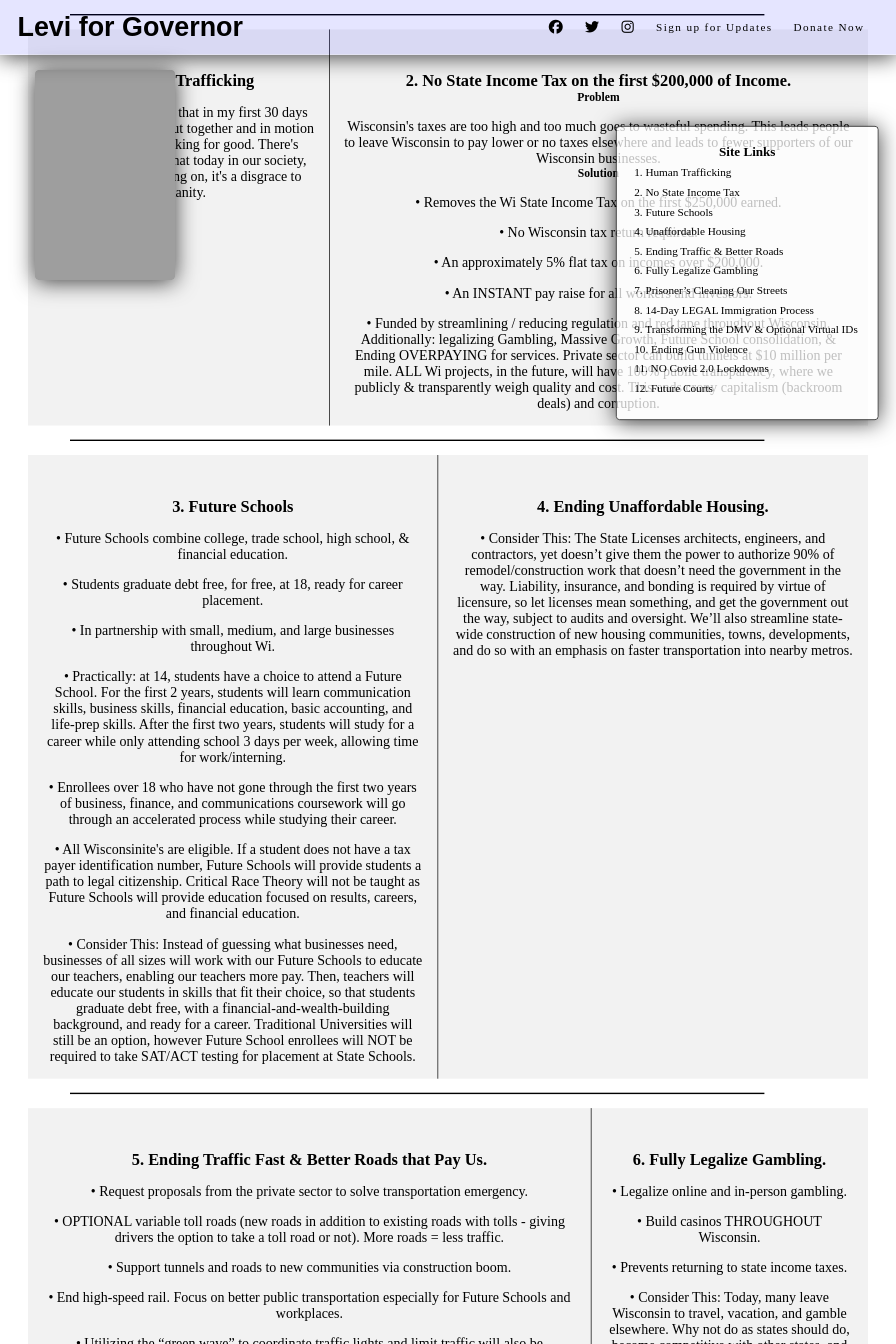
Repository: LeviCB/LeviCB.github.io
Page: index.html
The author's editor kept a record of every edit. The page is drawn from the files as they stood at one moment, then again after the next edit.
The browser window is 1280 px wide. The pictures show the part of the page from y = 0 to 1920 px (the page is 3981 px tall), at 70% of full size.
Pictures or frames that could not be fetched are drawn as grey boxes. Some web fonts or font styles are not loaded; a fallback is used. Some web libraries are served in a nearby version.

Above is the page before.

After the next edit:
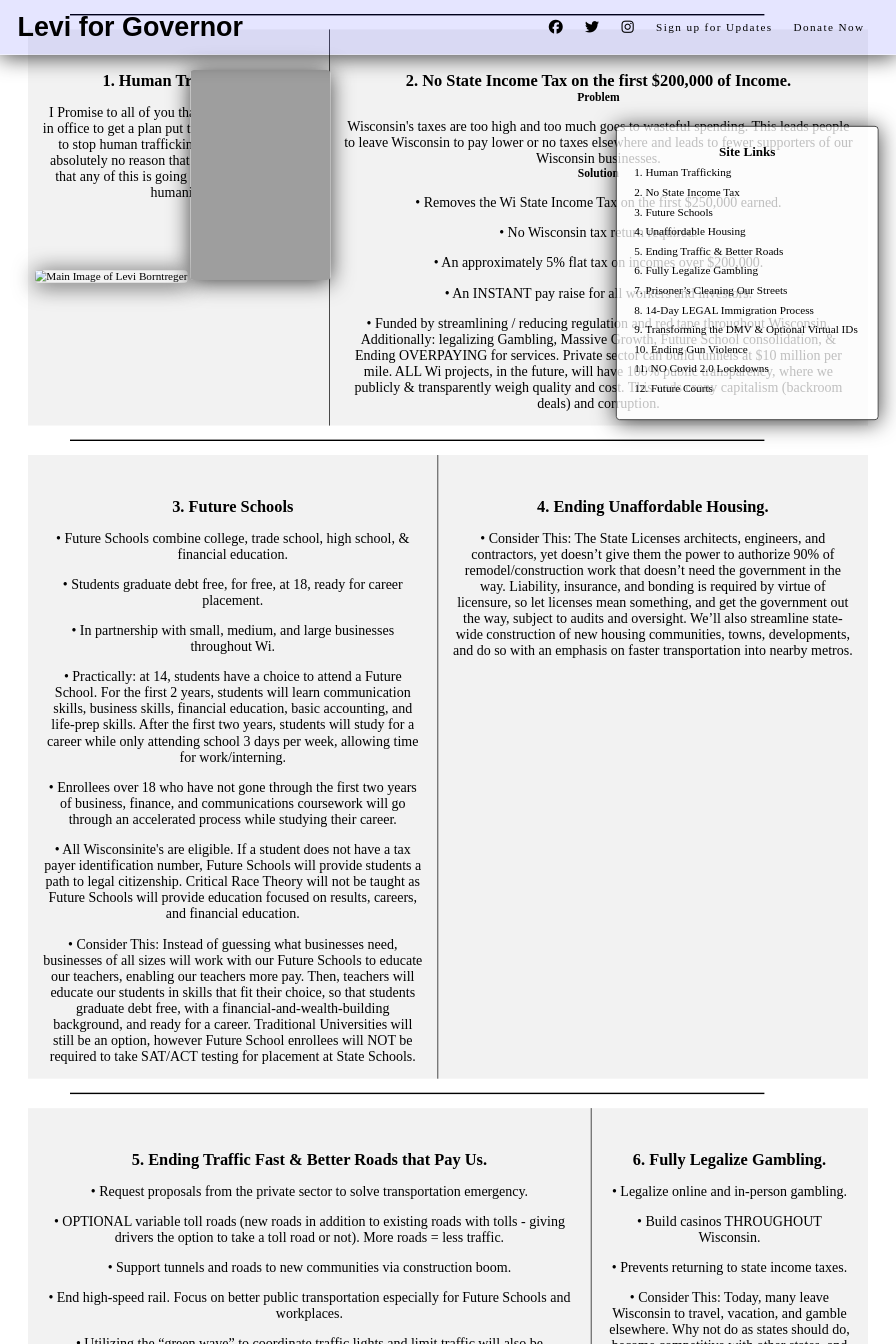
The edit:
--- a/index.html
+++ b/index.html
@@ -22,6 +22,7 @@
   </header>
   <section class="banner"></section>
   <div id="my-image">
+    <img id="my-main-img" href="/assets/image's/main_image.JPG" alt="Main Image of Levi Borntreger">
     <img id="my-main-img" src="https://prestigeportraits.com/wp-content/themes/prestige/assets/build/images/galleries/gallery-2/gallery-image-4.jpg">
   </div>
   <div id="hyper-links">
